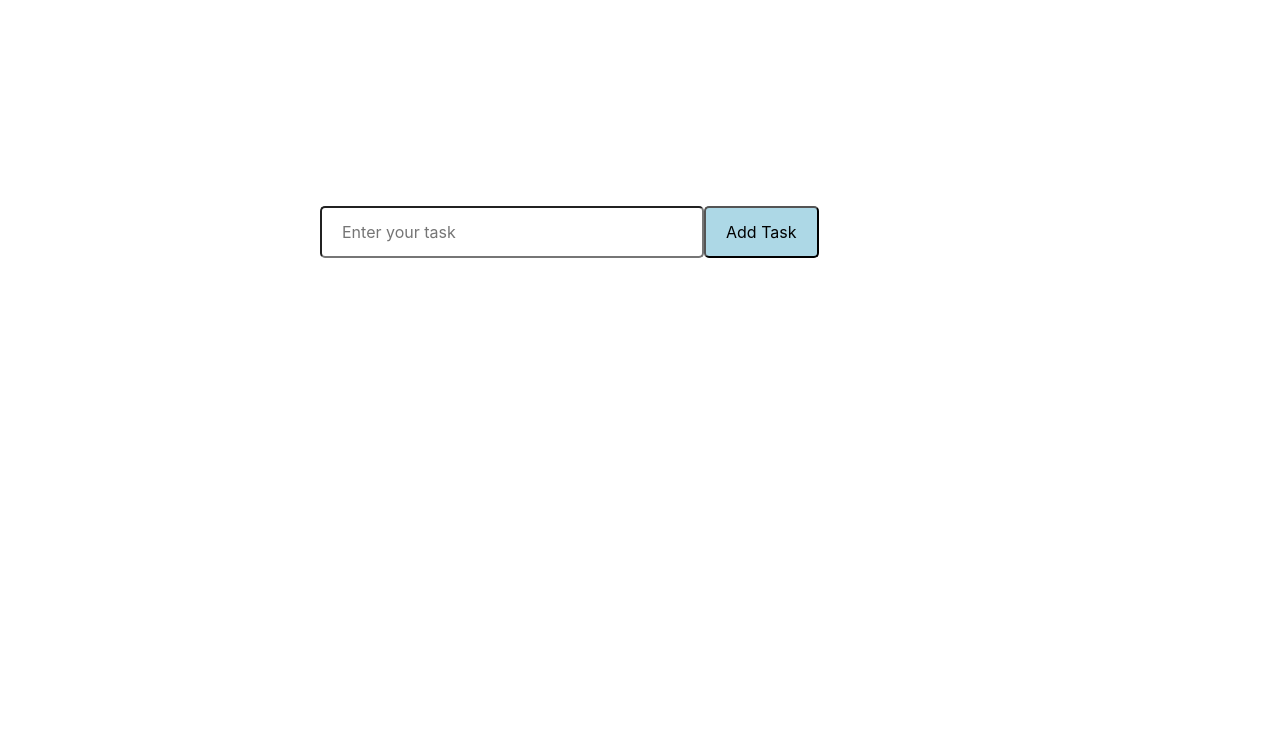
Repository: 12Arc/todoapp
Page: / (app in client/)
An editor plug-in stored every save of this project. The page is shown before and after the next save, followed by the edit.
The browser window is 1280 px wide. The pictures show the whole page.
The page's requests for data from a server got no answer. Some web libraries are served in a nearby version. The project was rebuilt for these pictures with package versions that can differ from the ones it lists, and the page was loaded fresh each time. No one was signed in, and anything a server would have sent is missing.

Above is the page before, as saved 2024-05-14 00:08:31.

### client/src/App.js
import React, { Fragment } from "react";
import "./App.css";

// Components
import AddTask from './components/Input';
import ListTodo from "./components/List";

function App() {
  return (

      <div className="main-container">

          <AddTask />



    </div>

  );
}

export default App;

### client/src/App.css
.App {
  text-align: center;
}

.App-logo {
  height: 40vmin;
  pointer-events: none;
}

@media (prefers-reduced-motion: no-preference) {
  .App-logo {
    animation: App-logo-spin infinite 20s linear;
  }
}

.main-container {
  display: flex;
  flex-direction: column;
  align-items: center;
  justify-content: flex-start;
  width: 100vw;
  min-height: 100vh;
  padding: 20px;
}

/* Optional: Adjustments if you prefer side-by-side layout */








.App-header {
  background-color: #282c34;
  min-height: 100vh;
  display: flex;
  flex-direction: column;
  align-items: center;
  justify-content: center;
  font-size: calc(10px + 2vmin);
  color: white;
}

.App-link {
  color: #61dafb;
}

@keyframes App-logo-spin {
  from {
    transform: rotate(0deg);
  }
  to {
    transform: rotate(360deg);
  }
}

### client/src/components/Input.js
import React, {useState} from 'react';
import '../styles.css'; // Import the CSS directly
import axios from 'axios'
import ListTodo from './List';


const AddTask= ()=>{
    //axios.defaults.baseURL = "http://localhost:8080";
    const[task, setTask] = useState("")
    const handleChange=(e)=>{
        setTask(e.target.value)

    }
    const handleSubmit=async(e)=>{
        e.preventDefault()
        try{
            const response = await axios.post('http://localhost:8080/todolist/add',{task} )
            console.log(response.data)
            setTask("")
            alert("Task added!")


        }catch(error){
            console.log("Error in posting task", error)
        }

    }

    return (

        <div className="box">
            <form className="inputbox" onSubmit={handleSubmit}>
                <input
                    type="text"
                    placeholder="Enter your task"
                    value={task}
                    onChange={handleChange}/>
                <button className="button" type="submit" >Add Task</button>
            </form>

        </div>
    )
}

export default AddTask

### client/src/styles.css

.box {
  display: flex;
  align-items: center; /* Vertically center the content */
  justify-content: center; /* Horizontally center the content */
  height: 100vh; /* Full viewport height */
  width: 100vw; /* Full viewport width */
  flex-direction: column;
  position: relative;
}

/* Styles for the input container */
.inputbox {
  width: 50%; /* Adjust based on preference, e.g., 80% of the parent width */
  display: flex;
  margin-bottom: 20%;


}

/* Ensure the input field itself is styled appealingly */
input {
  width: 60%; /* Fill the container */
  padding: 12px 20px; /* Padding for aesthetics */
  font-size: 16px; /* Sufficiently large font size for readability */

  border-radius: 5px; /* Rounded corners */
}

/* Reset default margins and paddings */
body {
  margin: 0;
  padding: 0;
  display: flex;
  justify-content: center;
  align-items: center;
  height: 100vh;
}

.button{
  padding: 12px 20px;
  cursor: pointer;
  border-radius: 5px;
  background-color: lightblue;


}

td,th{
  border: 1px solid #777;
  padding: 0.5rem;
  text-align: center;
}

table{
  border-collapse: collapse;
}

tbody tr:nth-child(odd) {
  background: #eee;
}

### client/src/components/List.js
import React, {useState, Fragment, useEffect} from 'react'
import axios from 'axios'
import '../styles.css';
const ListTodo = ()=>{

    const [List, setList] = useState([])

    const getTodo = async()=>{
        try{
            const response = await axios.get("http://localhost:8080/todolist/",List)
            setList(response.data)
        }catch(err){
            console.error(err.message)
        }
    }
    useEffect(() => {
        getTodo();
      }, []);
    console.log(List)

    return (

        <Fragment>
            <table >
                <thead>
                    <tr>
                    <th>Description</th>
                    <th>Status</th>
            <       th>Delete</th>
                    </tr>
                </thead>
                <tbody>
                {List.map(item=>(
                    <tr key={item._id}>
                        <td>{item.task}</td>
                        <td><button>Complete</button></td>
                        <td><button>Delete</button></td>

                    </tr>
                ))}
             </tbody>
            </table>
        </Fragment>
    )
}

export default ListTodo

Loaded but not shown: client/public/index.html (common file); client/src/index.js (common file); client/src/index.css (common file)

After the next save:
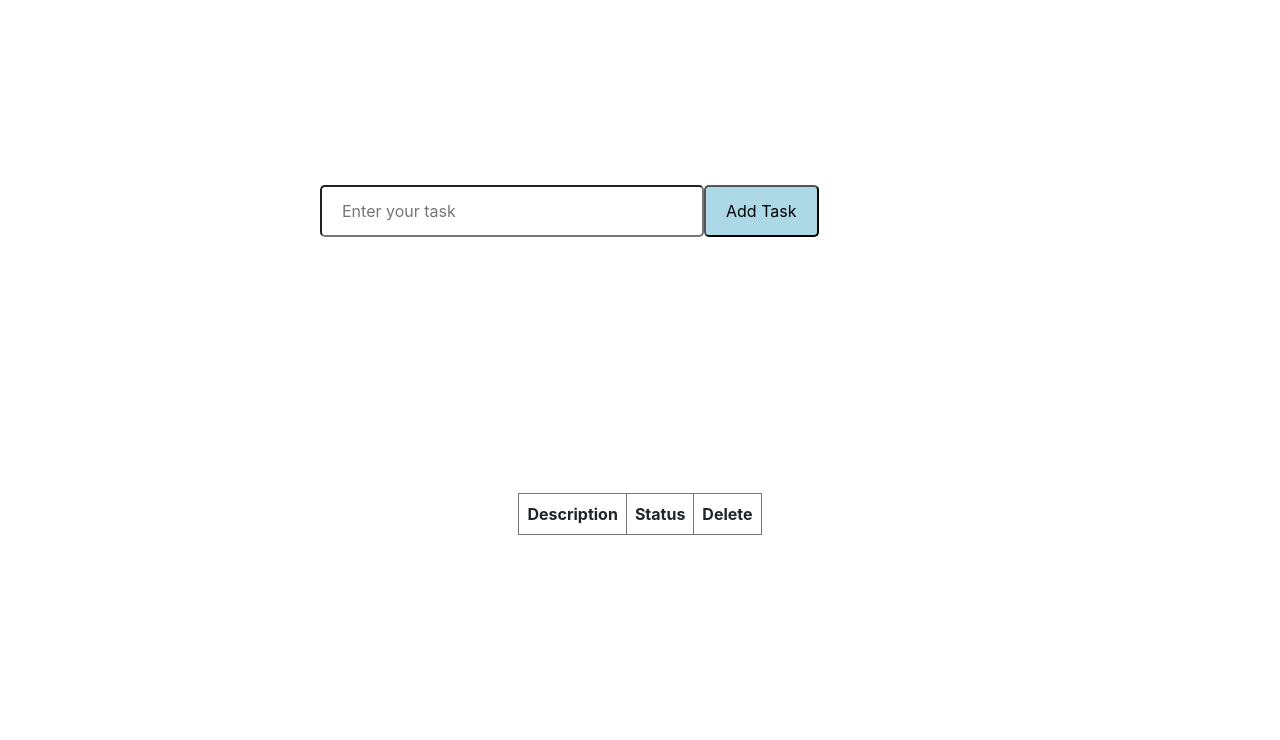
Saved 6 s later.
--- a/client/src/components/Input.js
+++ b/client/src/components/Input.js
@@ -37,7 +37,7 @@ const AddTask= ()=>{
                     onChange={handleChange}/>
                 <button className="button" type="submit" >Add Task</button>
             </form>
-
+            <ListTodo></ListTodo>
         </div>
     )
 }
